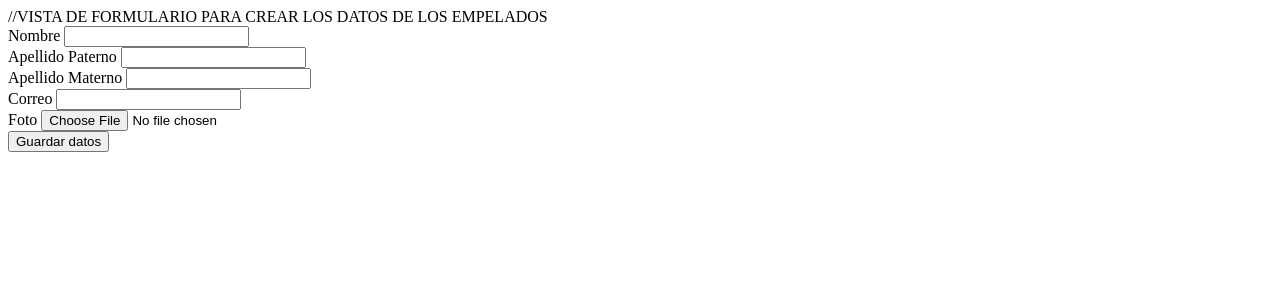
Repository: LionardoGomiz/CRUD-LARAVEL
Page: http://localhost/empleado/create
An editor plug-in stored every save of this project. The page is shown before and after the next save, followed by the edit.
The browser window is 1280 px wide. The pictures show the whole page.
The page is served by the project's Laravel application, run on PHP 8.4 with Laravel 8.

Above is the page before, as saved 2021-08-03 08:25:16.

After the next save:
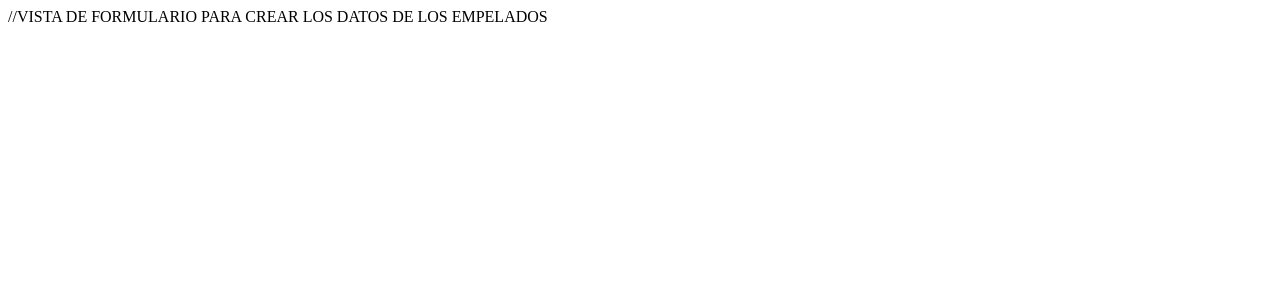
Saved 3 s later.
--- a/CRUD-Laravel/resources/views/empleado/create.blade.php
+++ b/CRUD-Laravel/resources/views/empleado/create.blade.php
@@ -1,22 +1,5 @@
 //VISTA DE FORMULARIO PARA CREAR LOS DATOS DE LOS EMPELADOS
 <form action="{{ URL('/empleado')}}" method="POST" enctype="multipart/form-data">
     @csrf
-    <label for="Nombre">Nombre</label>
-<input type="text" name="Nombre" id="Nombre">
-<br>
-    <label for="ApellidoPaterno">Apellido Paterno</label>
-<input type="text" name="ApellidoPaterno" id="ApellidoPaterno">
-<br>
-    <label for="ApellidoMaterno">Apellido Materno</label>
-<input type="text" name="ApellidoMaterno" id="ApellidoMaterno">
-<br>
-    <label for="Correo">Correo</label>
-<input type="text" name="Correo" id="Correo">
-<br>
-    <label for="Foto">Foto</label>
-<input type="file" name="Foto" id="Foto">
-<br>
-    <label for=""></label>
-<input type="submit"  value="Guardar datos">
-<br>
+
 </form>
